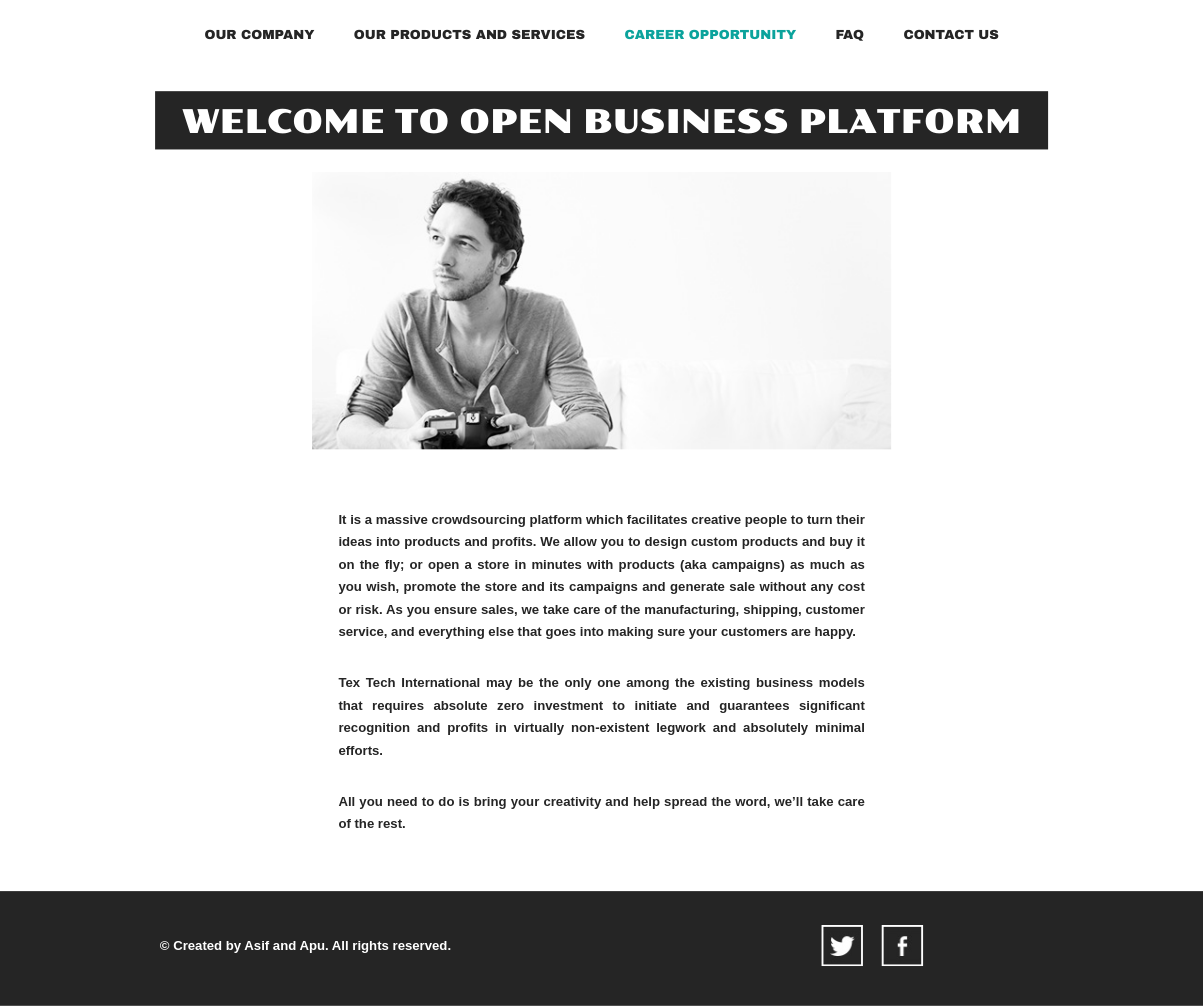
Repository: asifdotpy/textechint
Page: about.html
The author's editor kept a copy of each file at every save. The page is drawn from the files as they stood at one save, then again after a run of saves.
The browser window is 1280 px wide. The pictures show the whole page, at 94% of full size.

Above is the page before, as saved 2021-02-24 00:52:01.

After the next 4 saves:
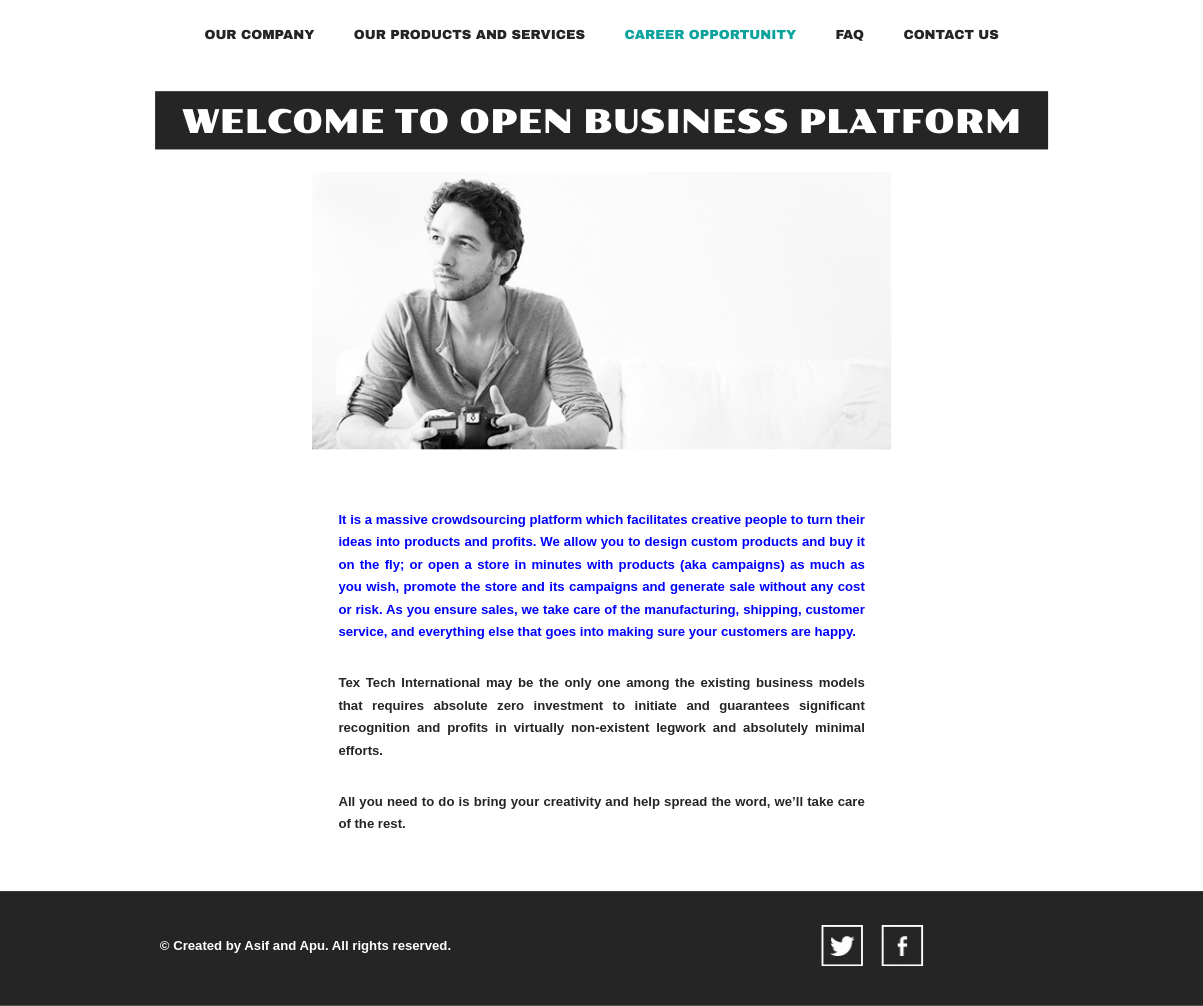
The 4 saves are shown as one change because they came seconds apart.
The last was saved 11 s later.
--- a/about.html
+++ b/about.html
@@ -35,7 +35,7 @@
 			<img src="images/photographer.jpg" alt="">
 			<div class="article">
 				<!--<h3>Tex Tech International is the first and largest open business platform in Bangladesh</h3>-->
-				<p><strong Tech International is the first and largest open business platform in Bangladesh, which might as well be the game changer in the business concepts of the country. </p>
+				<p><strong style="color: blue;" Tech International is the first and largest open business platform in Bangladesh, which might as well be the game changer in the business concepts of the country. </p>
 				<!--<h3>Our goal </h3>-->
 				<p>It is a massive crowdsourcing platform which facilitates creative people to turn their ideas into products and profits. We allow you to design custom products and buy it on the fly; or open a store in minutes with products (aka campaigns) as much as you wish, promote the store and its campaigns and generate sale without any cost or risk. As you ensure sales, we take care of the manufacturing, shipping, customer service, and everything else that goes into making sure your customers are happy.</p>
 				<!--<h3>Be Part of Our Community</h3>-->
